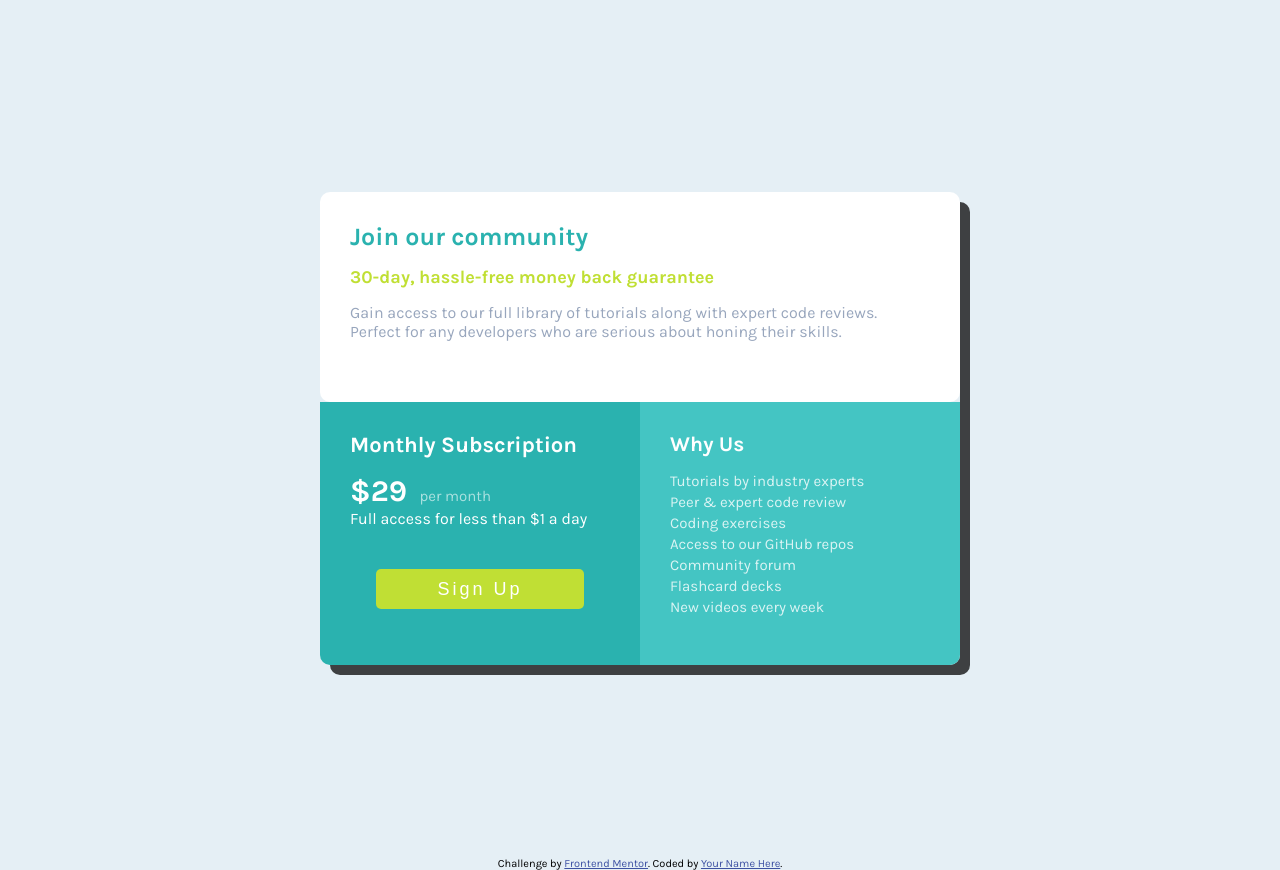
Repository: Pedrohamoura-Git/Frontend-Mentor-Challenges
Page: Newbie/single-price-grid-component-master/index.html
The author's editor kept a copy of each file at every save. The page is drawn from the files as they stood at one save, then again after the next save.
The browser window is 1280 px wide. The pictures show the whole page.

Above is the page before, as saved 2021-05-31 15:57:34.

After the next save:
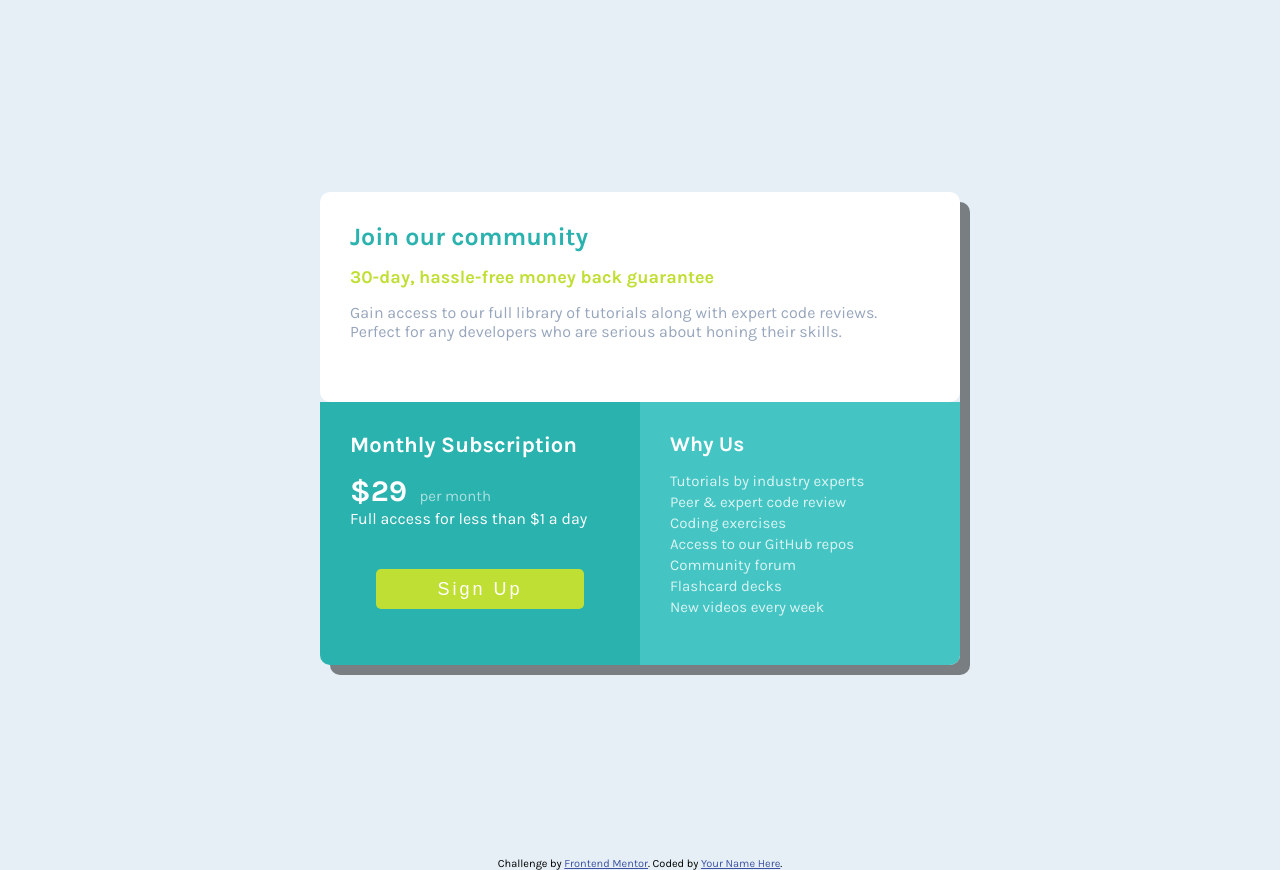
Saved 3 s later.
--- a/Newbie/single-price-grid-component-master/css/style.css
+++ b/Newbie/single-price-grid-component-master/css/style.css
@@ -24,7 +24,7 @@
 */
     #wrapper {
         border-radius: 1rem;
-        box-shadow: 10px 10px hsl(210, 3%, 25%);
+        box-shadow: 10px 10px hsl(204, 4%, 49%);
         display: grid;
         grid-template-rows: repeat(auto-fit, minmax(200px, 1fr));
         margin: 15% auto;
